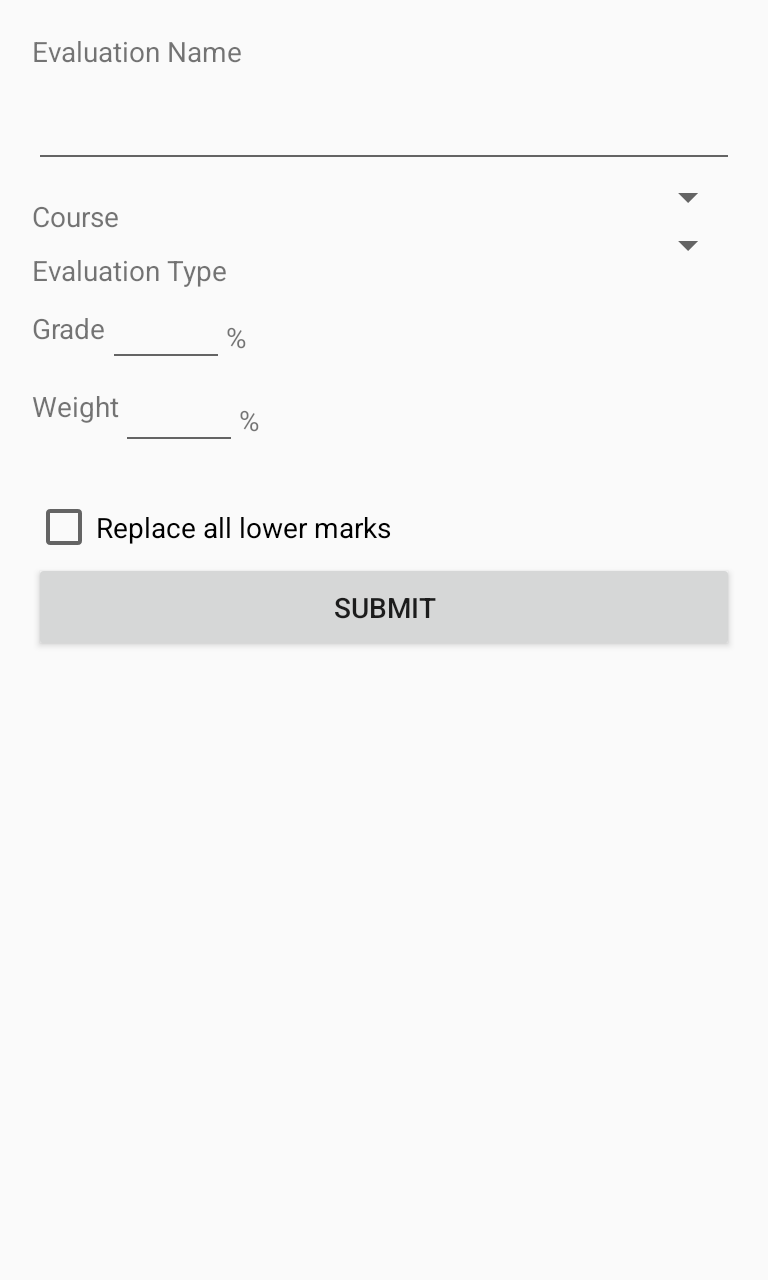
Repository: Tenergy05/GradePlanner
Layout: GradePlanner/res/layout/activity_add_mark.xml
An editor plug-in stored every save of this project. The layout is shown before and after the next save, followed by the edit.
It is drawn on a 768 x 1280 px phone screen (xhdpi) without system bars, with theme AppTheme; the app's code is not run.

Above is the layout before, as saved 2014-12-30 22:09:00.

After the next save:
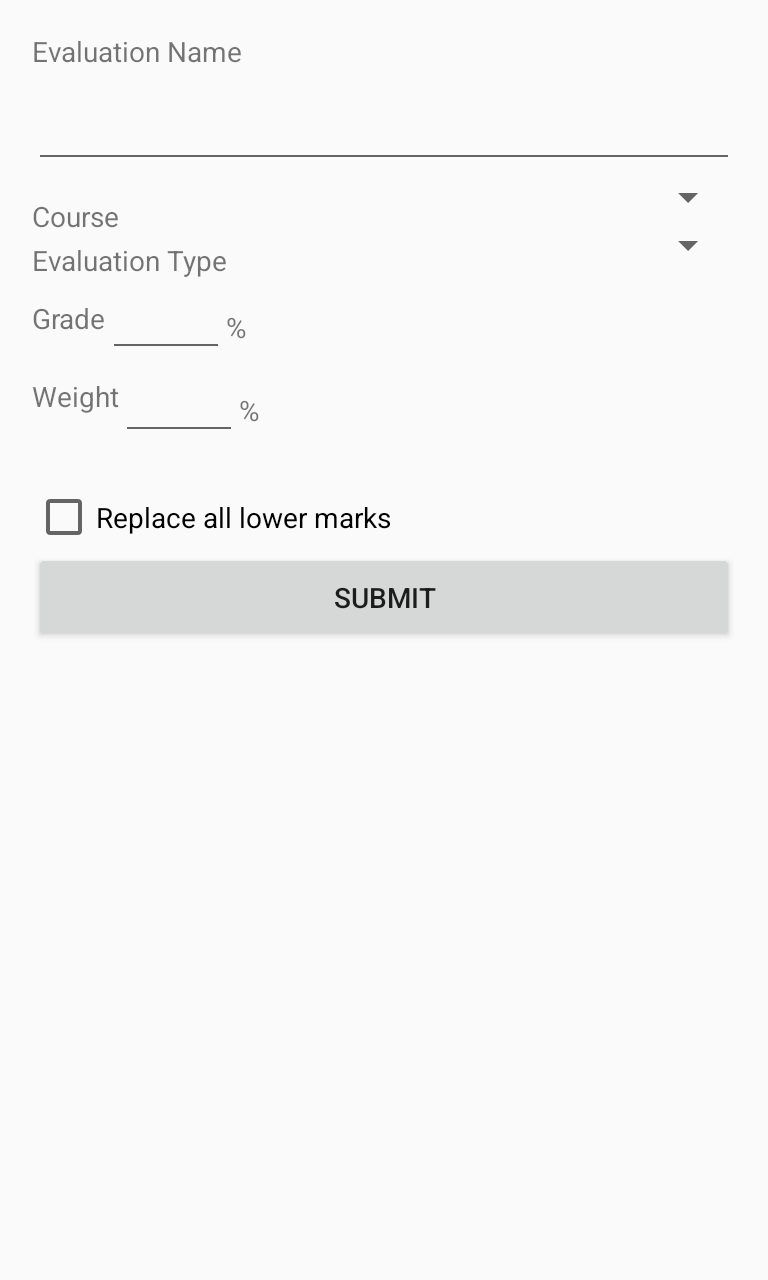
Saved 12 s later.
--- a/GradePlanner/res/layout/activity_add_mark.xml
+++ b/GradePlanner/res/layout/activity_add_mark.xml
@@ -48,7 +48,7 @@
         android:layout_height="wrap_content"
         android:layout_alignLeft="@+id/textView2"
         android:layout_below="@+id/spinner1"
-        android:layout_marginTop="15dp"
+        android:layout_marginTop="10dp"
         android:text="@string/eval_type" />
 
     <Spinner
